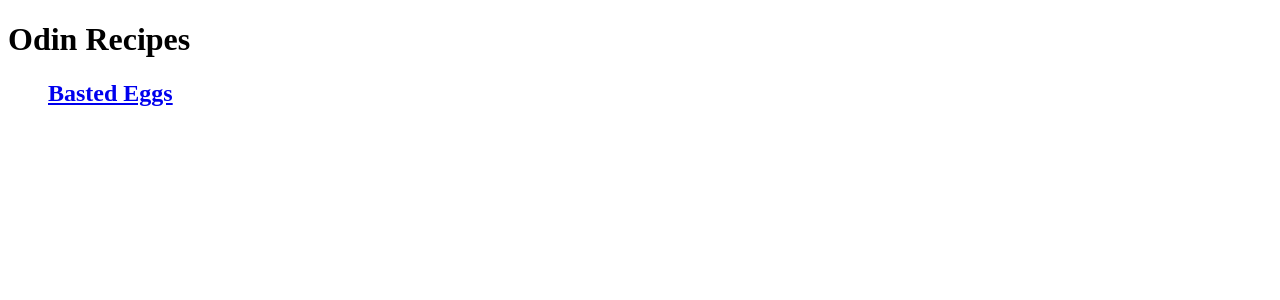
Repository: rickypcyt/odinproyect-recipes-web
Page: index.html
The author's editor kept a copy of each file at every save. The page is drawn from the files as they stood at one save, then again after the next save.
The browser window is 1280 px wide. The pictures show the whole page.

Above is the page before, as saved 2022-09-20 16:50:58.

### index.html
<!DOCTYPE html>
<html lang="en">
  <head>
    <meta charset="UTF-8" />
    <meta http-equiv="X-UA-Compatible" content="IE=edge" />
    <meta name="viewport" content="width=device-width, initial-scale=1.0" />
    <title>Odin recipes</title>
  </head>
  <body>
    <h1>Odin Recipes</h1>
    <ol>
      <h2>
        <a href="recipes/BastedEggs.html">Basted Eggs</a>
      </h2>
    </ol>
  </body>
</html>

After the next save:
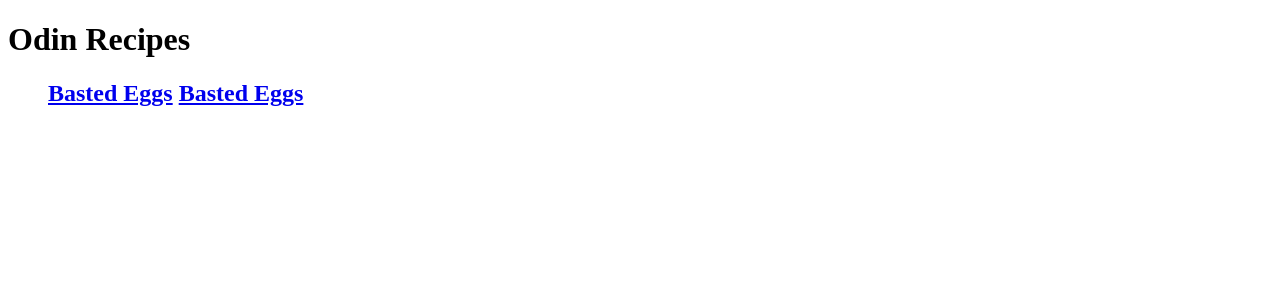
Saved 27 s later.
--- a/index.html
+++ b/index.html
@@ -11,6 +11,7 @@
     <ol>
       <h2>
         <a href="recipes/BastedEggs.html">Basted Eggs</a>
+        <a href="recipes/BastedEggs.html">Basted Eggs</a>
       </h2>
     </ol>
   </body>
